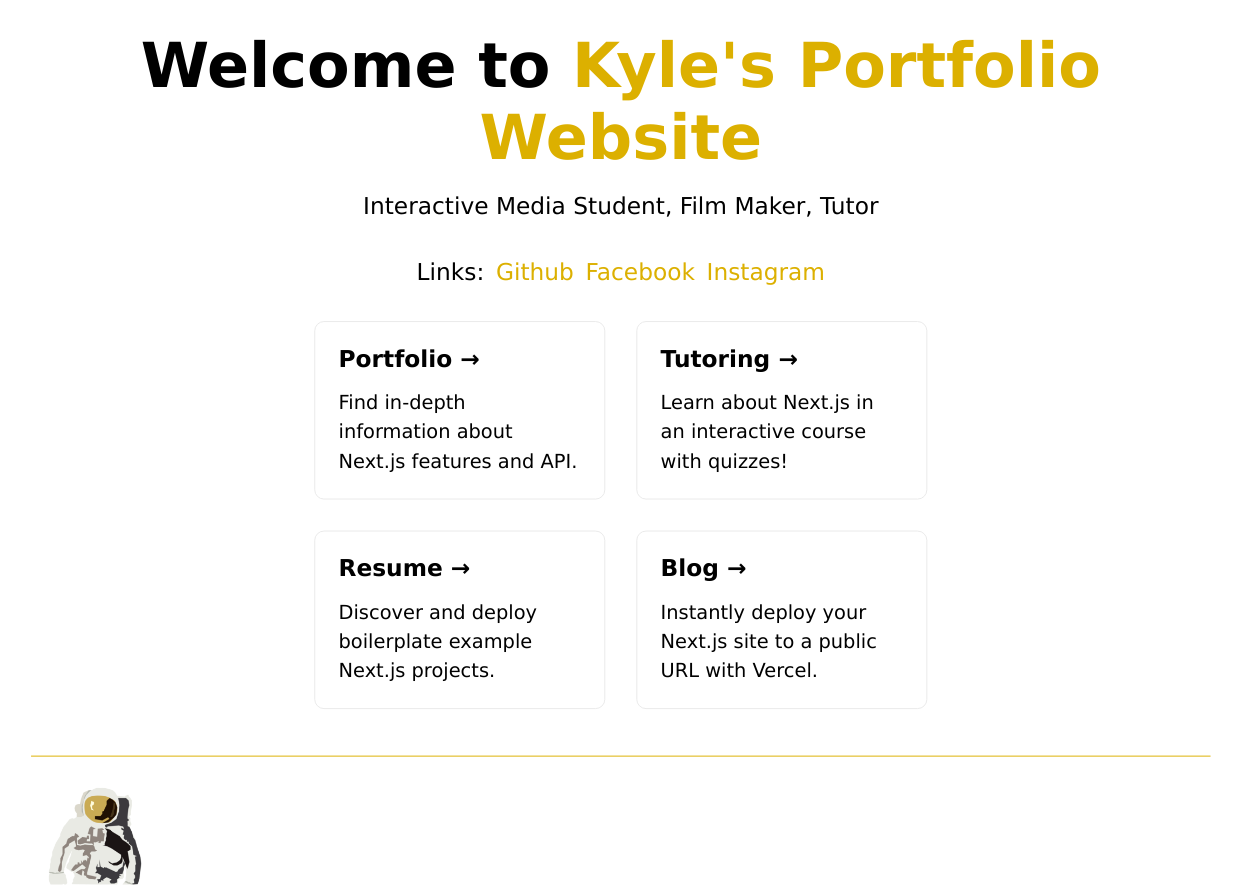
Repository: neomort/CL-portfolio-site
Page: /
The author's editor kept a copy of each file at every save. The page is drawn from the files as they stood at one save, then again after the next save.
The browser window is 1280 px wide. The pictures show the whole page, at 97% of full size.
The project was rebuilt for these pictures with package versions that can differ from the ones it lists, and the page was loaded fresh each time. The framework's server and built-in components were replaced by stand-ins that run in the browser. Also part of the build but not shown: next.config.js.

Above is the page before, as saved 2021-12-14 14:43:22.

### pages/_document.js
import Document, { Html, Head, Main, NextScript } from 'next/document'

class MyDocument extends Document {


  render() {
    return (
      <Html>
        <Head>
        <link rel="apple-touch-icon" sizes="180x180" href="/images/favicons/apple-touch-icon.png" />
        <link rel="icon" type="image/png" sizes="32x32" href="/images/favicons/favicon-32x32.png" />
        <link rel="icon" type="image/png" sizes="16x16" href="/images/favicons/favicon-16x16.png" />
        <link rel="manifest" href="/images/favicons//site.webmanifest" />
        <link rel="mask-icon" href="/safari-pinned-tab.svg" color="#5bbad5" />
        <meta name="msapplication-TileColor" content="#da532c" />
        <meta name="theme-color" content="#ffffff"></meta>
        </Head>

        <body>
          <Main />
          <NextScript />
        </body>
      </Html>
    )
  }
}

export default MyDocument

### pages/index.js
import Head from 'next/head'
import Image from 'next/image'
import styles from '../styles/Home.module.css'

export default function Home() {
  return (
    <div className={styles.container}>
      <Head>
        <title>Kyle's Portfolio</title>
        <meta name="description" content="If you are reading this you are really impressive" />

      </Head>

      <main className={styles.main}>
        <h1 className={styles.title}>
          Welcome to <a href="https://kyleadams.com/">Kyle's Portfolio Website</a>
        </h1>

        <p className={styles.description}>
        Interactive Media Student, Film Maker, Tutor
        </p>

        <p className={styles.description}>
          Links:
          <a href="https://github.com/neomort">Github</a>
          <a href="https://github.com/neomort">Facebook</a>
          <a href="https://github.com/neomort">Instagram</a>
          {/* <code className={styles.code}>this is code</code> */}
        </p>

        <div className={styles.grid}>
          <a href="https://nextjs.org/docs" className={styles.card}>
            <h2>Portfolio &rarr;</h2>
            <p>Find in-depth information about Next.js features and API.</p>
          </a>

          <a href="https://nextjs.org/learn" className={styles.card}>
            <h2>Tutoring &rarr;</h2>
            <p>Learn about Next.js in an interactive course with quizzes!</p>
          </a>

          <a
            href="https://github.com/vercel/next.js/tree/master/examples"
            className={styles.card}
          >
            <h2>Resume &rarr;</h2>
            <p>Discover and deploy boilerplate example Next.js projects.</p>
          </a>

          <a
            href="https://vercel.com/new?utm_source=create-next-app&utm_medium=default-template&utm_campaign=create-next-app"
            className={styles.card}
          >
            <h2>Blog &rarr;</h2>
            <p>
              Instantly deploy your Next.js site to a public URL with Vercel.
            </p>
          </a>
        </div>
      </main>

      <footer className={styles.footer}>
        <a
          href="https://kyleadams.com/"
          target="_blank"
          rel="noopener noreferrer"
        >

          <span className={styles.logo}>
            <Image src="/images/favicons/apple-touch-icon.png" alt="Spaceman" width={100} height={100} />
          </span>
        </a>
      </footer>
    </div>
  )
}

### styles/globals.css
html,
body {
  padding: 0;
  margin: 0;
  font-family:  'Lucida Sans', 'Lucida Sans Regular', 'Lucida Grande', 'Lucida Sans Unicode', Geneva, Verdana, sans-serif;
}

a {
  color: inherit;
  text-decoration: none;
}

* {
  box-sizing: border-box;
}

### styles/Home.module.css
.container {
  padding: 0 2rem;
}

.main {
  min-height: 100vh;
  padding: 2rem 0;
  flex: 1;
  display: flex;
  flex-direction: column;
  justify-content: center;
  align-items: center;
}

.footer {
  display: flex;
  flex: 1;
  padding: 2rem 0;
  border-top: 1px solid #dcb000;
  justify-content: left;
  align-items: center;
}

.footer a {
  display: flex;
  justify-content: left;
  align-items: center;
  flex-grow: 1;
}

.title a {
  color: #dcb000;
  text-decoration: none;
}

.title a:hover,
.title a:focus,
.title a:active {
  text-decoration: underline;
}

.title {
  margin: 0;
  line-height: 1.15;
  font-size: 4rem;
}

.title,
.description {
  text-align: center;
}

.description {
  margin: 1rem 0;
  line-height: 1.5;
  font-size: 1.5rem;
}

.description a{
  padding-left: 0.75rem;
  color: #dcb000;
  text-decoration: none;
}

.code {
  background: #fafafa;
  border-radius: 5px;
  padding: 0.75rem;
  font-size: 1.1rem;
  font-family: Menlo, Monaco, Lucida Console, Liberation Mono, DejaVu Sans Mono,
    Bitstream Vera Sans Mono, Courier New, monospace;
}

.grid {
  display: flex;
  align-items: center;
  justify-content: center;
  flex-wrap: wrap;
  max-width: 800px;
}

.card {
  margin: 1rem;
  padding: 1.5rem;
  text-align: left;
  color: inherit;
  text-decoration: none;
  border: 1px solid #eaeaea;
  border-radius: 10px;
  transition: color 0.15s ease, border-color 0.15s ease;
  max-width: 300px;
}

.card:hover,
.card:focus,
.card:active {
  color: #0070f3;
  border-color: #0070f3;
}

.card h2 {
  margin: 0 0 1rem 0;
  font-size: 1.5rem;
}

.card p {
  margin: 0;
  font-size: 1.25rem;
  line-height: 1.5;
}

.logo {
  height: 2em;
  margin-left: 1rem;
}

@media (max-width: 600px) {
  .grid {
    width: 100%;
    flex-direction: column;
  }
}

Loaded but not shown: pages/_app.js (common file)

After the next save:
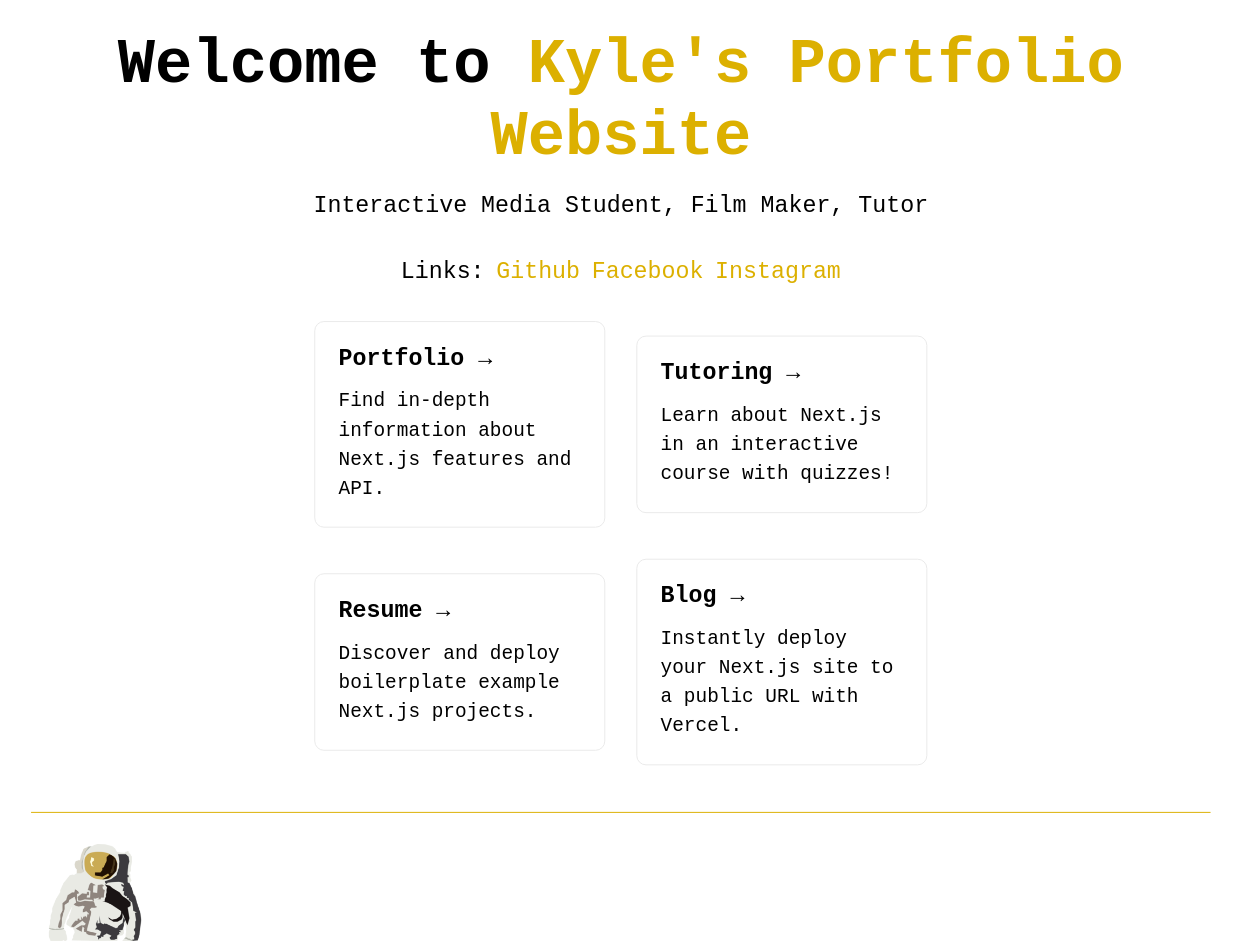
Saved 42 s later.
--- a/styles/globals.css
+++ b/styles/globals.css
@@ -2,7 +2,7 @@ html,
 body {
   padding: 0;
   margin: 0;
-  font-family:  'Lucida Sans', 'Lucida Sans Regular', 'Lucida Grande', 'Lucida Sans Unicode', Geneva, Verdana, sans-serif;
+  font-family:  monospace, sans-serif;
 }
 
 a {
